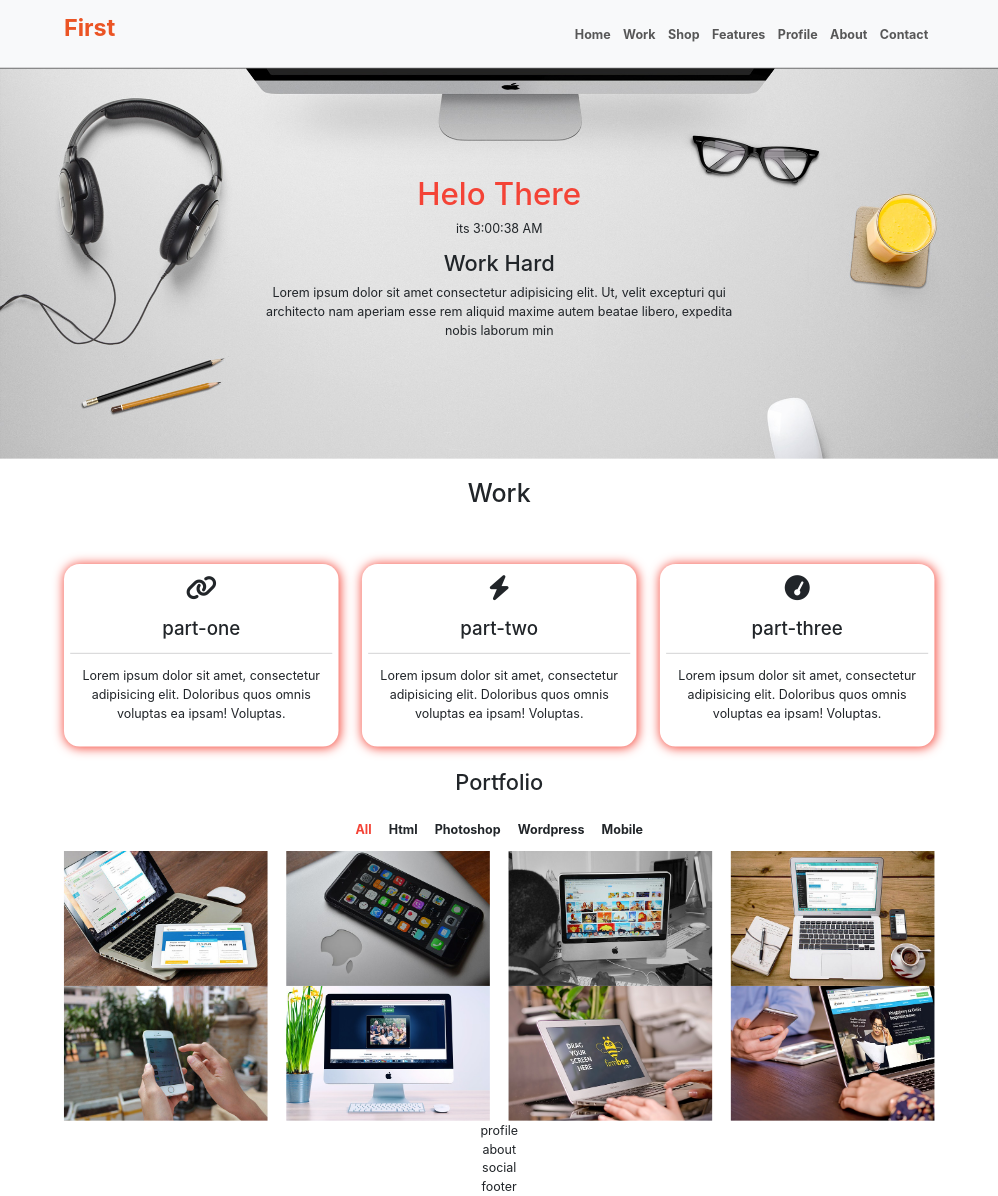
Repository: Hager-h/temple
Page: /
These files come from the project's save history. The page is drawn as it stood at one moment and after the next save; the edit follows.
The browser window is 1280 px wide. The pictures show the whole page, at 78% of full size.
The project was rebuilt for these pictures with package versions that can differ from the ones it lists, and the page was loaded fresh each time. Also part of the build but not shown: src/components/contact/index.js, src/components/Shop/shop.css, src/components/Shop/Shop.js, src/components/card/card.css, src/components/card/Card.js.

Above is the page before, as saved 2023-07-17 05:26:51.

### src/index.js
import React from 'react';
import ReactDOM from 'react-dom/client';
import "../node_modules/bootstrap/dist/css/bootstrap.min.css"
import "../node_modules/bootstrap/dist/js/bootstrap.min.js"
import './index.css';

import App from './App';
import reportWebVitals from './reportWebVitals';
import { BrowserRouter } from 'react-router-dom';

const root = ReactDOM.createRoot(document.getElementById('root'));
root.render(
  <React.StrictMode>
  <BrowserRouter>
  <App />
  </BrowserRouter>
  </React.StrictMode>
);

// If you want to start measuring performance in your app, pass a function
// to log results (for example: reportWebVitals(console.log))
// or send to an analytics endpoint. Learn more: https://bit.ly/CRA-vitals
reportWebVitals();

### src/App.js
import './App.css';
import Home from "./components/home/Home"
import Contact from "./components/contact/index"
import Nav from "./components/navbar/Nav"
import {Routes,Route} from "react-router-dom"
import Shop from './components/Shop/Shop';
import Card  from './components/card/Card';
function App() {
  return (
    <div className="App">
    <Nav />
    <Routes>
    <Route path="/" element={<Home />} />
    <Route path="/contact" element={<Contact />} />
    <Route path="/shop" element={<Shop />} />
    <Route path="shop/:cardId" element={<Card />} />

    </Routes>




    </div>
  );
}

export default App;

### src/components/home/Home.js
import React from 'react'
import Work from "./../work/Work"
import Portfolio from "./../portfolio/Portfolio"
import Footer from "./../footer/Footer"
import Social from "./../social/Social"
import About from "./../about/about"
import Profile from "./../Profile/Profile"
import Landing from "./../landing/landing"
export default function Home() {
  return (
    <div>

<Landing />
    <Work />
    <Portfolio />

    <Profile />
    <About />
    <Social />
    <Footer />



    </div>
    )
}

### src/components/navbar/Nav.js
import React from "react"
import { Link } from 'react-router-dom'

import "./navStyle.css"
export default function Nav() {
  return (



    <nav className="navbar navbar-expand-lg bg-body-tertiary ">
    <div className="container ">
      <p className="navbar-brand logo-text" >First</p>
      <button className="navbar-toggler" type="button" data-bs-toggle="collapse" data-bs-target="#navbarNavAltMarkup" aria-controls="navbarNavAltMarkup" aria-expanded="false" aria-label="Toggle navigation">
        <span className="navbar-toggler-icon"></span>
      </button>
      <div className="collapse navbar-collapse  " id="navbarNavAltMarkup">
        <div className="navbar-nav ms-auto">
          <Link className="nav-link " to="/">Home</Link>
          <Link className="nav-link" to="/work">Work</Link>
          <Link className="nav-link" to="/shop">Shop</Link>
          <Link className="nav-link" to="/feat">Features</Link>
          <Link className="nav-link" to="/profile">Profile</Link>
          <Link className="nav-link" to="/about">About</Link>
          <Link className="nav-link" to="/contact">Contact</Link>
        </div>

      </div>
    </div>
  </nav>

















  )
}

### src/components/work/Work.js
import "./work.css"
import {Usehook} from "../hook/Hook"
export default function Work() {
  const[data,loading,err]=Usehook('js/data.json')



const dataList=data.map(item=>{
  return (
    <div key={item.id}className="part first">
    <i className={item.icon_name}></i>
<h4 className="part-title">{item.title}</h4>
<hr className="line"/>
<p className="part-desc">
{item.body}
</p>
</div>
  )
})
  return (
    <div className="work">
    <div className="container">

        <h2 className="work-title"><span>My</span> Work</h2>
        <div className="all-work">

        {loading&&<p className="spinner"></p>}
          {dataList}
          {err&&<p className="Err">{err}</p>}
            </div>
    </div>
</div>
  )
}

### src/components/portfolio/Portfolio.js
import React,{useEffect,useState} from 'react'

import "./port.css"
import {Usehook} from "../hook2/Hook2.js"

export default function Portfolio() {


    const[data,loading,err]=Usehook('js/data.json')

    const images=data.map((item)=>{
      console.log(item)
      return(

<div key={item.id} className=" col-md-3 box">
<div className="overlay"></div>
<span>Show Image</span>
<div className="show ">

<img className="port-image  " src={item.image} alt="image" />

          </div>







      </div>


    )
  })






  return (
    <div className="port">
<h3> <span> My</span> Portfolio</h3>

<div className="catgeory">
<p className="orange">All</p>
<p>Html</p>
<p>Photoshop</p>
<p>Wordpress</p>
<p> Mobile</p>
</div>
<div className="container">
        <div className="row ">






{images}

        </div>
        </div>






</div>











  )
}

### src/components/social/Social.js
import React from 'react'

export default function Social() {
  return (
    <div>
      social
    </div>
  )
}

### src/components/landing/landing.js
import React,{Fragment, useState,useEffect} from 'react'
import "./landing.css"
export default function Landing() {
  const [time, settime] = useState(new Date().toLocaleTimeString())
  useEffect(() => {
    setInterval(() => {
      settime(new Date().toLocaleTimeString())
    },1000)
  },[])
  return (
    <>
    <div className='landing'>
    <div className='containerr'>
    <div className='text-landing'>

    <h1>helo there
    </h1>
              <p> its {time}</p>
<h3>work hard </h3>
<p>Lorem ipsum dolor sit amet consectetur adipisicing elit. Ut, velit excepturi qui architecto nam aperiam esse rem aliquid maxime autem beatae libero, expedita nobis laborum min</p>

</div>
      </div>
    </div>
    </>
  )
}

### src/components/navbar/navStyle.css
.navbar {
  background: #fff;
  border-bottom: 1px solid #000;


}




 .logo-text {
  font-size: 30px;
  font-weight: bold;
  color:#eb5424
};
.nav-link{
  font-weight: bolder;}
.nav-link:focus, .nav-link:hover {
  color: #F44336;
}.nav-link:focus, .nav-link:hover {
  color: #F44336;

}
.navbar-nav{
  font-weight: bolder;

}
.navbar-toggler:focus{
  border:2px solid #F44336;
  box-shadow: 0 0 0 #F44336;
}
@media(max-width:570px){
  .text-landing{
    width:100%;
  }
}

### src/components/work/work.css



.all-work{display: flex;
    justify-content: center;
    align-items: center;
    margin-top: 72px;}
    .part{
      box-shadow: 1px 1px 13px 1px #f44336;
    border-radius: 20px;
    padding: 15px 8px;

    }
    .part-title{
      margin-top:20px;
    }
    .part:not(:last-child){
      margin-right:30px
    }
    .work-title span{
      color:#f44336
    }
    .work-title{
      margin-top:25px
    }
.loading{

}
.Err{
  font-weight:bolder;
  text-transform: capitalize;
      color:#f44336;
font-size :22px;
margin-bottom: 30px;
text-align: center;
}

.spinner {
  border: 3px solid #f3f3f3;
  border-top: 3px solid #f44336;
  border-radius: 50%;
  width: 20px;
  height: 40px;
  animation: spin 1s linear infinite;
  position: absolute  ;
  top:50%;
  left:50%;
  transform:translate(-50%,-50%)
   ;
  -webkit-transform:translate(-50%,-50%)  ;
  -moz-transform:translate(-50%,-50%)  ;
  -ms-transform:translate(-50%,-50%)  ;
  -o-transform:translate(-50%,-50%)  ;
}

@keyframes spin {
  0% { transform: rotate(0deg); }
  100% { transform: rotate(360deg); }
}


    @media(max-width:570px){
      .all-work{
      flex-wrap:wrap;
      }
.part:not(:last-child){
  margin-right: 0;
}
.part{
  margin-bottom: 22px;
}

    }

### src/components/hook/Hook.js
import {useEffect,useState}from 'react'
import axios from 'axios'
export  function Usehook(url) {
  const [data,setdata]=useState([])
  const [err,seterr]=useState(null)
  const [loading,setloading]=useState(null)

  useEffect(()=>{
    setloading(true)
    axios.get(url).then(res=>
      {
      setloading(false)
    setdata(res.data.works)
    console.log(res.data)
    seterr(false)
    }
    ).catch(err=>{
      setloading(false)
      seterr("something went wrong")
    })

  },[])
return[data,loading,err]
}

### src/components/portfolio/port.css
.port{
  margin-top:30px;
}
.box{position:relative;
  overflow: hidden;


}
 .catgeory{
  display :flex;
  justify-content: center;
  align-items: center;
  margin-top: 30px;

 }
 .catgeory p:not(:last-child){
  margin-right: 22px;
 }
.catgeory p{
  cursor:pointer;
  font-weight: bold;

}
.catgeory p:hover,.orange{
  color: #F44336;
}


  .port-image{
    max-width:100%;

 }
 span{
  border:1px solid #F44336;
  position: absolute;
  top:50%;
  left:50%;
  transform: translate(-50%,-50%);
  -webkit-transform: translate(-50%,-50%);
  -moz-transform: translate(-50%,-50%);
  -ms-transform: translate(-50%,-50%);
  -o-transform: translate(-50%,-50%);
  background-color: aliceblue;
  padding: 8px 8px;
  border-radius: 14px;
  -webkit-border-radius: 14px;
  -moz-border-radius: 14px;
  -ms-border-radius: 14px;
  -o-border-radius: 14px;
  cursor:pointer;
  font-weight:bolder;
  opacity:0;

}
.overlay{
  position: absolute;
  top: 0;
  left: 0;
  bottom: 0;
  right: 0;
  background: rgba(224, 158, 138, 0.5);
  font-size: 15px;
  opacity: 0;
  max-width:100% ;
}
.box:hover .overlay,
.box:hover span{
  opacity: 1;
}

### src/components/hook2/Hook2.js
import React ,{useEffect,useState}from 'react'
import axios from 'axios'
export  function Usehook(url) {
  const [data,setdata]=useState([])
  const [err,seterr]=useState(null)
  const [loading,setloading]=useState(null)

  useEffect(()=>{
    setloading(true)
    axios.get(url).then(res=>
      {
      setloading(false)
    setdata(res.data.portfolio)
    console.log(res.data.portfolio)
    seterr(false)
    }
    ).catch(_err=>{
      setloading(false)
      seterr("something went wrong")
    })

  },[url])
return[data,loading,err]
}

### src/components/landing/landing.css
.landing{
  height: 500px;
   background:url("../../../public/images/Home/home-bg.jpg");
  background-position: center;
  background-size: cover;
position: relative;
text-align: center;
}
.containerr{
  width:85%;
  margin:auto;
}
.text-landing{
  position:absolute;
  top:50%;
  left:50%;
  transform: translate(-50%,-50%);
  -webkit-transform: translate(-50%,-50%);
  -moz-transform: translate(-50%,-50%);
  -ms-transform: translate(-50%,-50%);
  -o-transform: translate(-50%,-50%);
}
h1{
  color:#F44336;
  text-transform: capitalize;

}
h3{
  text-transform: capitalize;

}

### public/js/data.json
{
  "works" : [
      {
          "id" : 1,
          "icon_name": "icon fa fa-chain fa-2x",
          "title": "part-one",
          "body": "Lorem ipsum dolor sit amet, consectetur adipisicing elit. Doloribus quos omnis voluptas ea ipsam! Voluptas."
      },
      {
          "id" : 2,
          "icon_name": "icon fa fa-bolt fa-2x",
          "title": "part-two",
          "body": "Lorem ipsum dolor sit amet, consectetur adipisicing elit. Doloribus quos omnis voluptas ea ipsam! Voluptas."
      },
      {
          "id" : 3,
          "icon_name": "icon fa fa-tachometer fa-2x",
          "title": "part-three",
          "body": "Lorem ipsum dolor sit amet, consectetur adipisicing elit. Doloribus quos omnis voluptas ea ipsam! Voluptas."
      }
  ],

  "portfolio" : [
      {
          "id":1,
          "image": "/images/Portfolio/portfolio-img1.jpg"

      },
      {
          "id":2,
          "image": "/images/Portfolio/portfolio-img2.jpg"
        },
      {
          "id":3,
          "image": "/images/Portfolio/portfolio-img3.jpg"
        },
      {
          "id":4,
          "image": "/images/Portfolio/portfolio-img4.jpg"
        },
      {
          "id":5,
          "image": "/images/Portfolio/portfolio-img5.jpg"
        },
      {
          "id":6,
          "image": "/images/Portfolio/portfolio-img6.jpg"
      },
      {
          "id":7,
          "image": "/images/Portfolio/portfolio-img7.jpg"
      },
      {
          "id":8,
          "image": "/images/Portfolio/portfolio-img8.jpg"
      }
  ] ,
  "social" : [
      {
          "id": 1,
          "icon" : "icon fa fa-facebook fa-lg",
          "title" : "Follow Me on",
          "body" : "Social Facebook"
      },
      {
          "id": 2,
          "icon" : "icon fa fa-twitter fa-lg",
          "title" : "Tweet Me on",
          "body" : "Social twitter"
      },
      {
          "id": 3,
          "icon" : "icon fa fa-pinterest fa-lg",
          "title" : "Pin Me on",
          "body" : "Social Pinterest"
      }
  ]
}

Loaded but not shown: public/index.html (common file); src/index.css (common file); src/reportWebVitals.js (common file); src/App.css (common file); src/components/footer/Footer.js (common file); src/components/about/About.js (common file); src/components/Profile/Profile.js (common file)

After the next save:
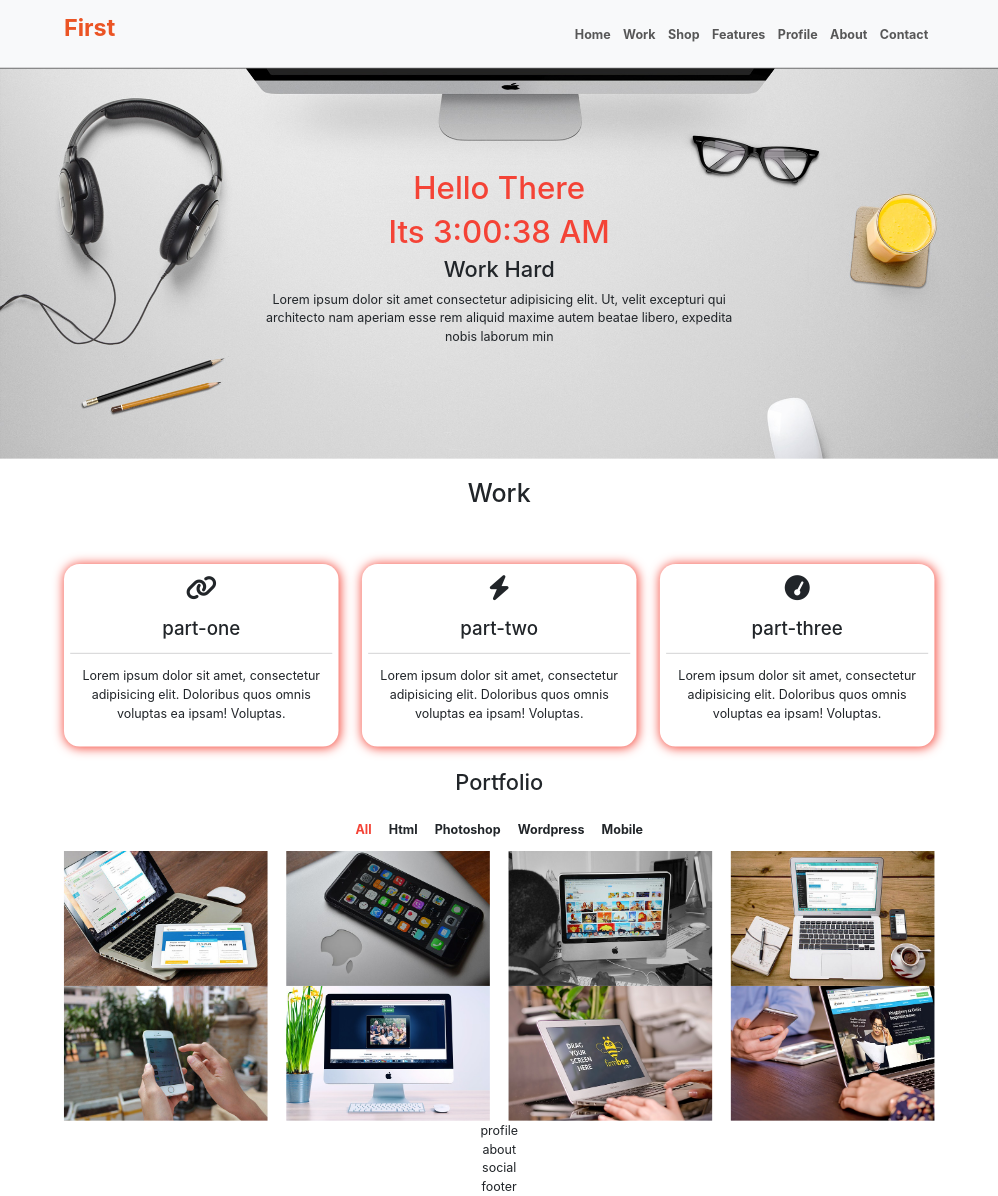
Saved 10 h 4 min later.
--- a/src/components/landing/landing.js
+++ b/src/components/landing/landing.js
@@ -13,9 +13,9 @@ export default function Landing() {
     <div className='containerr'>
     <div className='text-landing'>
 
-    <h1>helo there
+    <h1>hello there
     </h1>
-              <p> its {time}</p>
+              <h1> its {time}</h1>
 <h3>work hard </h3>
 <p>Lorem ipsum dolor sit amet consectetur adipisicing elit. Ut, velit excepturi qui architecto nam aperiam esse rem aliquid maxime autem beatae libero, expedita nobis laborum min</p>
 
